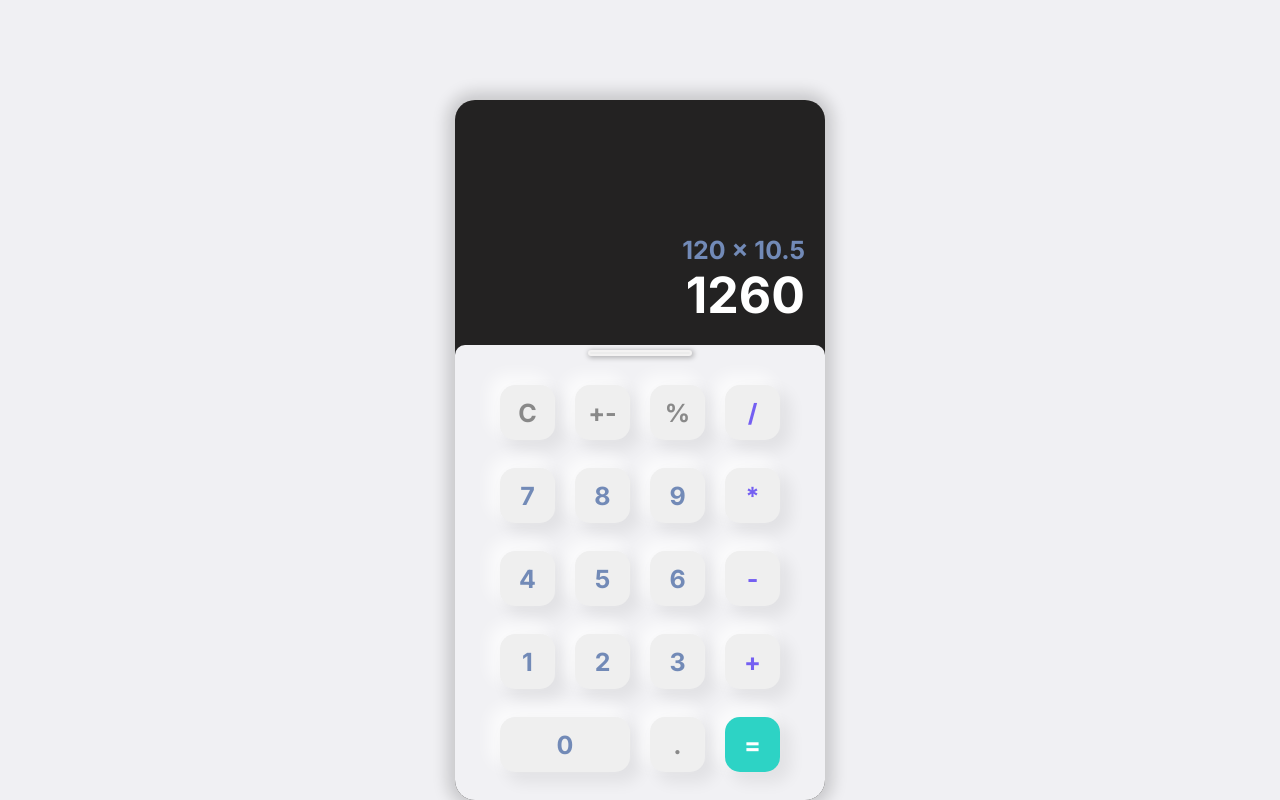
Repository: BrunoBross/calculator
Page: index.html
An editor plug-in stored every save of this project. The page is shown before and after the next save, followed by the edit.
The browser window is 1280 px wide. The pictures show the whole page.

Above is the page before, as saved 2021-12-01 00:25:46.

### index.html
<!DOCTYPE html>
<html lang="en">
<head>
  <meta charset="UTF-8">
  <meta http-equiv="X-UA-Compatible" content="IE=edge">
  <meta name="viewport" content="width=device-width, initial-scale=1.0">
  <title>Calculator</title>
  <link rel="stylesheet" href="./style.css">
  <link rel="preconnect" href="https://fonts.googleapis.com">
  <link rel="preconnect" href="https://fonts.gstatic.com" crossorigin>
  <link href="https://fonts.googleapis.com/css2?family=Inter:wght@400;500;700&display=swap" rel="stylesheet">
</head>
<body>
  <main>
    <div class="calculator">
      <div class="view">
        <div id="history">120 x 10.5</div>
        <div id="result">1260</div>
      </div>
      <div class="buttons">
        <div id="effect"></div>
        <button class="extra" id="reset">C</button>
        <button class="extra" id="moreless">+-</button>
        <button class="extra" id="percent">%</button>
        <button class="operator" id="division">/</button>
        <button class="number" id="seven">7</button>
        <button class="number" id="eight">8</button>
        <button class="number" id="nine">9</button>
        <button class="operator" id="multiply">*</button>
        <button class="number" id="four">4</button>
        <button class="number" id="five">5</button>
        <button class="number" id="six">6</button>
        <button class="operator" id="less">-</button>
        <button class="number" id="one">1</button>
        <button class="number" id="two">2</button>
        <button class="number" id="three">3</button>
        <button class="operator" id="plus">+</button>
        <button class="number" id="zero">0</button>
        <button class="extra" id="dot">.</button>
        <button class="equals" id="equals">=</button>
      </div>
    </div>
    <div class="frufrus">
      <div class="small-square"></div>
      <div class="square"></div>
      <div class="small-circle"></div>
      <div class="circle"></div>
    </div>
  </main>
</body>
<script src="./script.js"></script>
</html>

### style.css
*{
  padding: 0;
  margin: 0;
  font-family: 'Inter', sans-serif;
  font-weight: 700;
}

body{
  background-color: #F0F0F3;
}

main{
  display: flex;
  justify-content: center;
  margin-top: 100px;
}

.calculator{
  background-color: #232222;
  display: flex;
  flex-direction: column;
  width: 370px;
  height: 700px;
  border-radius: 20px;
  box-shadow: 0 0 15px 8px #0000002a;
}

.view{
  display: flex;
  flex-direction: column;
  align-items: flex-end;
  justify-content: end;
  height: 400px;
  margin-right: 20px;
  padding-bottom: 20px;
}

.view > #result{
  color: #FFF;
  font-size: 50px;
}

#history{
  font-size: 25px;
  color: #728AB7;
}

.buttons{
  padding: 20px;
  padding-top: 40px;
  background-color: #F1F1F4;
  display: flex;
  justify-content: center;
  flex-wrap: wrap;
  gap: 20px;
  height: 100%;
  border-radius: 10px 10px 20px 20px;
}

.buttons > button{
  box-shadow: 8px 8px 15px 3px #00000010, -8px -8px 15px 3px #ffffffb0;
  border: none;
  height: 55px;
  width: 55px;
  border-radius: 15px;
  cursor: pointer;
  transition: 0.3s;
  font-size: 25px;
}

button:hover{
  background-color: #cccccc;
}

.equals:hover{
  background-color: #28a59a;
}

#zero{
  width: 130px;
}

.number{
  color: #728AB7;
}

.operator{
  color: #745FF2;
}

.equals{
  color: white;
  background-color: #2DD3C5;
}

.extra{
  color: #898989;
}

#effect{
  background-color: rgb(236, 236, 236);
  border: 2px solid #f3f2f2;
  border-radius: 5px;
  box-shadow: 1px 1px 5px 1px #00000041;
  height: 2px;
  width: 100px;
  position: absolute;
  top: 350px;
}

.frufrus{
  height: 100%;
}

.small-square{
  height: 250px;
  width: 200px;
  position: absolute;
  border-radius: 15px;
  top: 160px;
  left: 120px;
  box-shadow: 8px 8px 15px 3px #0000001c, -8px -8px 15px 3px #ffffff;}

.square{
  height: 300px;
  width: 300px;
  position: absolute;
  border-radius: 15px;
  top: 100px;
  right: 200px;
  box-shadow: 8px 8px 15px 3px #0000001c, -8px -8px 15px 3px #ffffff;}

.small-circle{
  height: 200px;
  width: 200px;
  position: absolute;
  border-radius: 50%;
  bottom: 100px;
  right: 140px;
  box-shadow: 8px 8px 15px 3px #0000001c, -8px -8px 15px 3px #ffffff;
}

.circle{
  height: 300px;
  width: 300px;
  position: absolute;
  border-radius: 50%;
  bottom: -80px;
  left: 140px;
  box-shadow: 8px 8px 15px 3px #0000001c, -8px -8px 15px 3px #ffffff;
}

@media only screen and (max-width: 1600px) {
  .frufrus{
    display: none;
  }
}

Loaded but not shown: script.js (no copy from this time; the picture is the same without it)

After the next save:
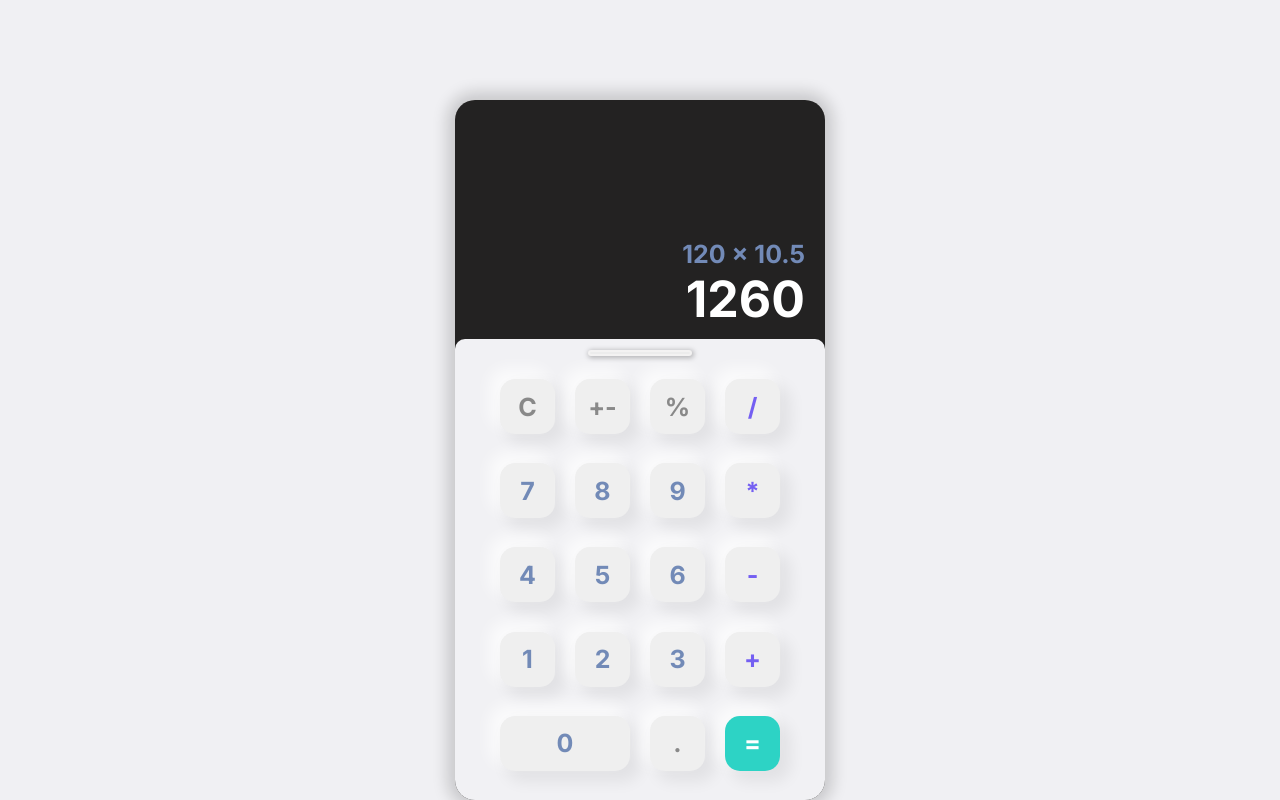
Saved 6 s later.
--- a/style.css
+++ b/style.css
@@ -32,7 +32,7 @@ main{
   justify-content: end;
   height: 400px;
   margin-right: 20px;
-  padding-bottom: 20px;
+  padding-bottom: 10px;
 }
 
 .view > #result{
